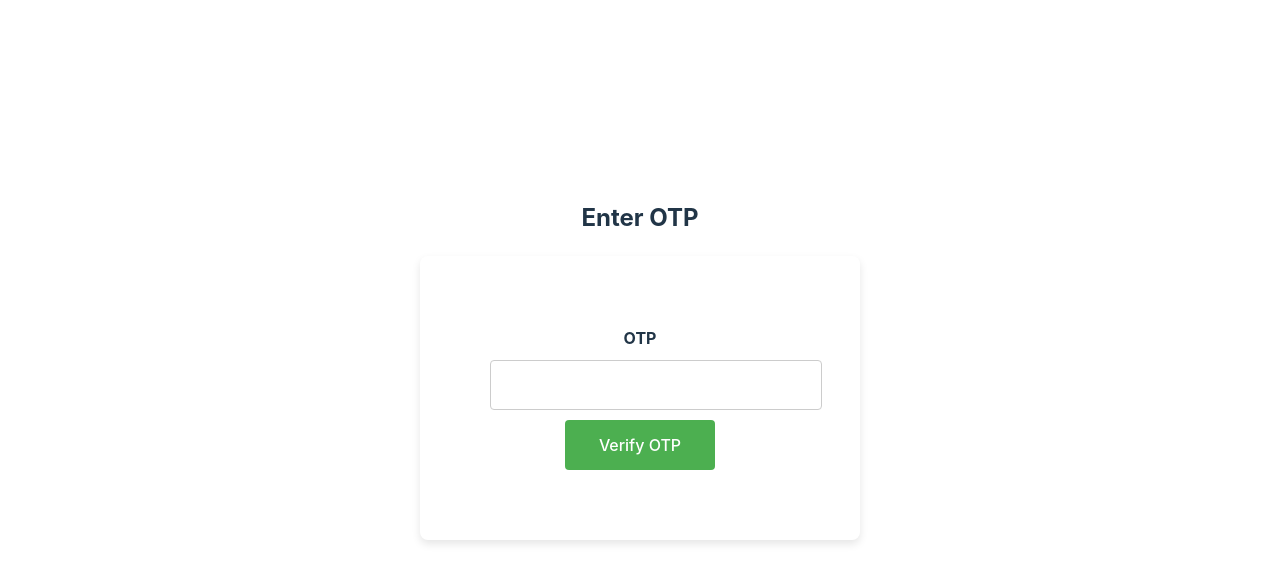
Repository: sarathraj2002/MockTest
Page: /check (app in Frontend/)
An editor plug-in stored every save of this project. The page is shown before and after the next save, followed by the edit.
The browser window is 1280 px wide. The pictures show the whole page.
The project was rebuilt for these pictures with package versions that can differ from the ones it lists, and the page was loaded fresh each time. Also part of the build but not shown: Frontend/vite.config.js, Frontend/src/components/Otp.jsx, Frontend/src/components/Home.jsx.

Above is the page before, as saved 2024-11-13 17:18:06.

After the next save:
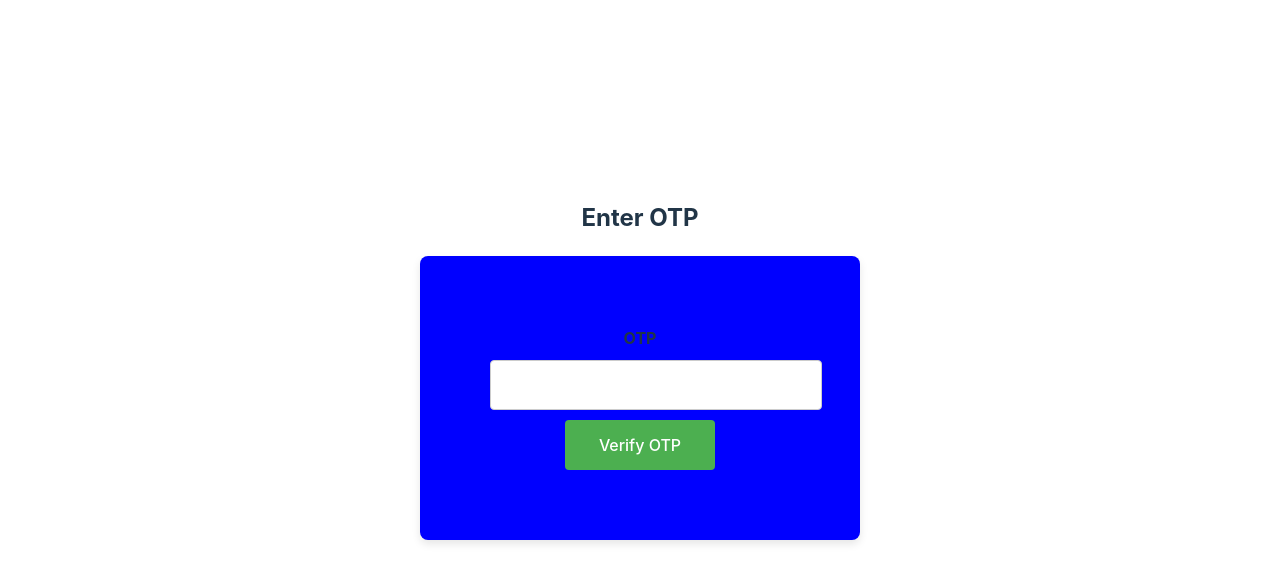
Saved 5 s later.
--- a/Frontend/src/components/Mail.jsx
+++ b/Frontend/src/components/Mail.jsx
@@ -31,7 +31,7 @@ function OTPForm({ email, onOTPVerify }) {
     width: '300px',
     margin: '0 auto',
     padding: '70px',
-    backgroundColor: 'pastel',
+    backgroundColor: 'blue',
     borderRadius: '8px',
     boxShadow: '0 4px 8px rgba(0, 0, 0, 0.1)',
   };
